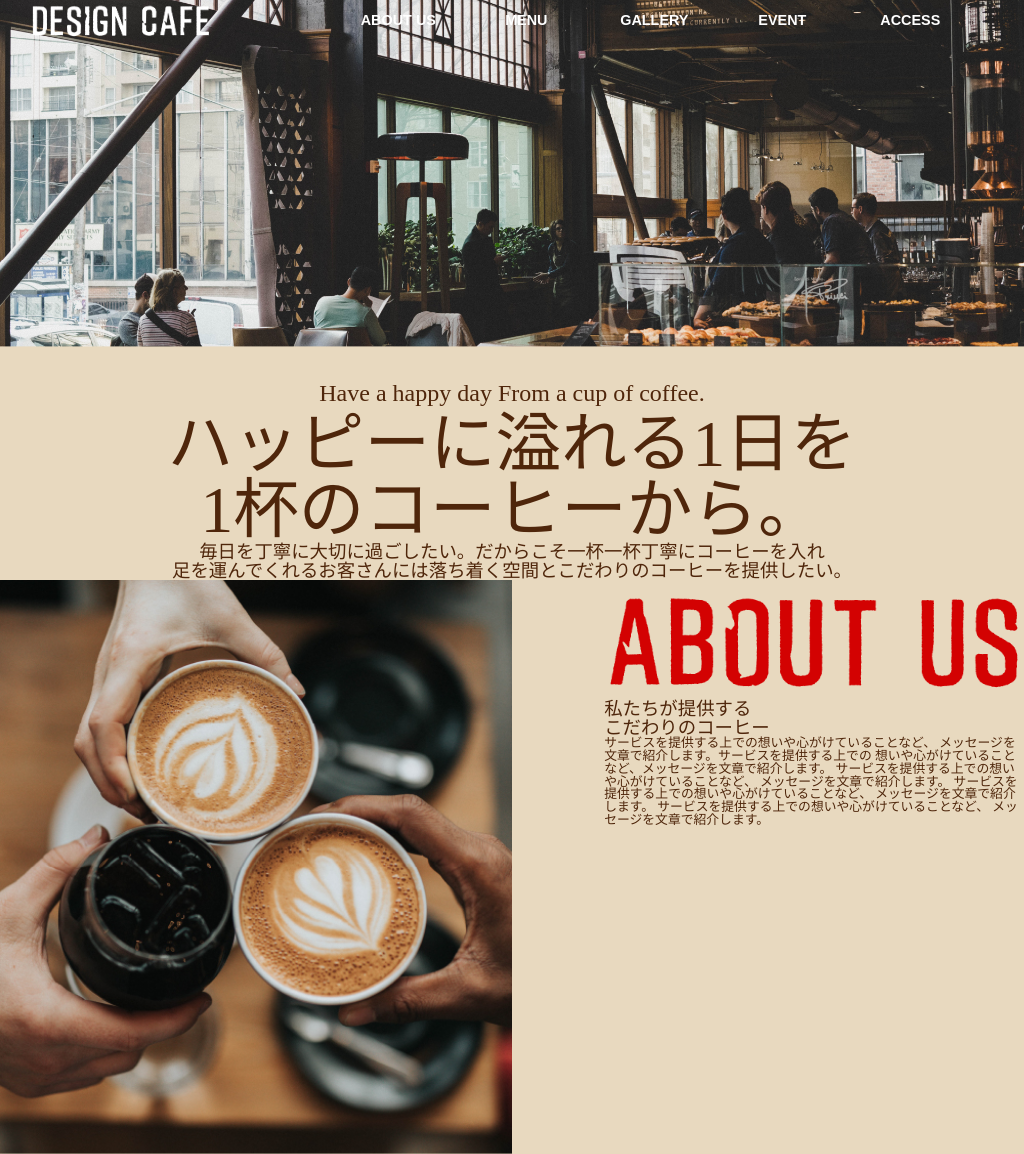
Repository: sonoyama01/dezasuta
Page: 第4回課題/index.html
These files come from the project's save history. The page is drawn as it stood at one moment and after the next save; the edit follows.
The browser window is 1280 px wide. The pictures show the whole page, at 80% of full size.

Above is the page before, as saved 2024-05-02 02:42:45.

### 第4回課題/index.html
<!DOCTYPE html>
<html lang="ja">

<head>
    <meta charset="UTF-8">
    <meta name="viewport" content="width=device-width, initial-scale=1.0">
    <title>Desing Cafe</title>
    <link rel="stylesheet" href="./css/style.css">
</head>

<body>
    <header>
        <div class="header_slide">
            <div>
                <img src="./images/pc_first-100.jpg" alt="店内の様子">
            </div>
        </div>
        <div class="header_wrap">
            <h1 class="header_logo">
                <img src="./images/design_cafe_logo_header@2x.png" alt="desind cafe">
            </h1>
            <nav class="pc_nav">
                <ul>
                    <li><a href="#about_us">ABOUT US</a></li>
                    <li><a href="#">MENU</a></li>
                    <li><a href="#">GALLERY</a></li>
                    <li><a href="#">EVENT</a></li>
                    <li><a href="#">ACCESS</a></li>
                </ul>
            </nav>
        </div>
    </header>
    <div class="catch_copy">
        <p class="catch_copy_ja"><span class="en">Have a happy day From a cup of coffee.</span><br>
            ハッピーに溢れる1日を<br>
            1杯のコーヒーから。</p><!-- /.catch_copy -->
        <p>毎日を丁寧に大切に過ごしたい。だからこそ一杯一杯丁寧にコーヒーを入れ<br>
            足を運んでくれるお客さんには落ち着く空間とこだわりのコーヒーを提供したい。</p>
    </div><!-- /.catch_copy -->

    <section id="about_us_fx">
        <div class="about_us">
            <div class="about_us_im"><img src="./images/pc_about-100.jpg" alt=""></div>
            <div class="about_us_text">
                <img src="./images/about_us@2x.png" alt="">
                <p class="abouot_us_concept">私たちが提供する<br>
                    こだわりのコーヒー</p><!-- /.abouot_us_concept -->
                <p class="about_us_texts">
                    サービスを提供する上での想いや心がけていることなど、
                    メッセージを文章で紹介します。サービスを提供する上での
                    想いや心がけていることなど、メッセージを文章で紹介します。
                    サービスを提供する上での想いや心がけていることなど、
                    メッセージを文章で紹介します。
                    サービスを提供する上での想いや心がけていることなど、
                    メッセージを文章で紹介します。
                    サービスを提供する上での想いや心がけていることなど、
                    メッセージを文章で紹介します。
                </p><!-- /.about_us_text -->
            </div>

        </div><!-- /.about_us -->
    </section><!-- /#about_us -->


</body>

</html>

### 第4回課題/css/style.css
@charset "utf-8";

/* cssリセット */

/*利用するタグによってこちらの内容は増やす*/

html,
body,
h1,
h2,
h3,
p,
dl,
dt,
dd,
ul,
li {
  margin: 0;
  padding: 0;
  line-height: 1;
  /*デフォルトの文字色、font-familyを予め当てておく*/
  color: #4f260b;
  font-family: "游明朝", YuMincho, "Hiragino Mincho ProN W3",
    "ヒラギノ明朝 ProN W3", "Hiragino Mincho ProN", "HG明朝E", "ＭＳ Ｐ明朝",
    "ＭＳ 明朝", serif;
}

a {
  /*下線を消す*/
  text-decoration: none;
  /*色を消す*/
  color: inherit;
  transition: 0.3s;
}

a:hover {
  opacity: 0.5;
}

ul {
  /*左の「・」を消す*/
  list-style: none;
}

img {
  max-width: 100%;
  width: 100%;
  height: auto;
  vertical-align: bottom;
  border: none;
}

body {
  background-color: #e8d9bf;
  font-size: 23px;
}

/* ヘッダー */
.pc_nav ul {
  display: flex;
  gap: 55px;
}

.pc_nav ul li {
  width: 105px;
  text-align: center;
  color: #ffffff;
  font-weight: bold;
  font-size: 18px;
  font-family: "Hiragino Sans W3", "Hiragino Kaku Gothic ProN",
    "ヒラギノ角ゴ ProN W3", "メイリオ", Meiryo, "ＭＳ Ｐゴシック", "MS PGothic",
    sans-serif;
}

.header_logo {
  width: 226px;
}

.header_wrap {
  display: flex;
  justify-content: space-between;
  align-items: center;
  padding: 0 7% 0 3%;
  position: absolute;
  top: 0;
  left: 0;
  width: 100%;
  box-sizing: border-box;
}

/* ============================
* キャッチコピー
* ========================= */
.catch_copy {
  text-align: center;
}
.en {
  font-size: 30px;
}
.catch_copy_ja {
  font-size: 82px;
}

/* ============================
* ABOUT US
* ========================= */
.about_us {
  display: flex;
  justify-content: space-between;
}
.about_us_im {
  width: 50%;
}
.about_us_concept {
  font-size: 44px;
}
.about_us_text {
  width: 41%;
}
.about_us_texts {
  font-size: 16px;
}

After the next save:
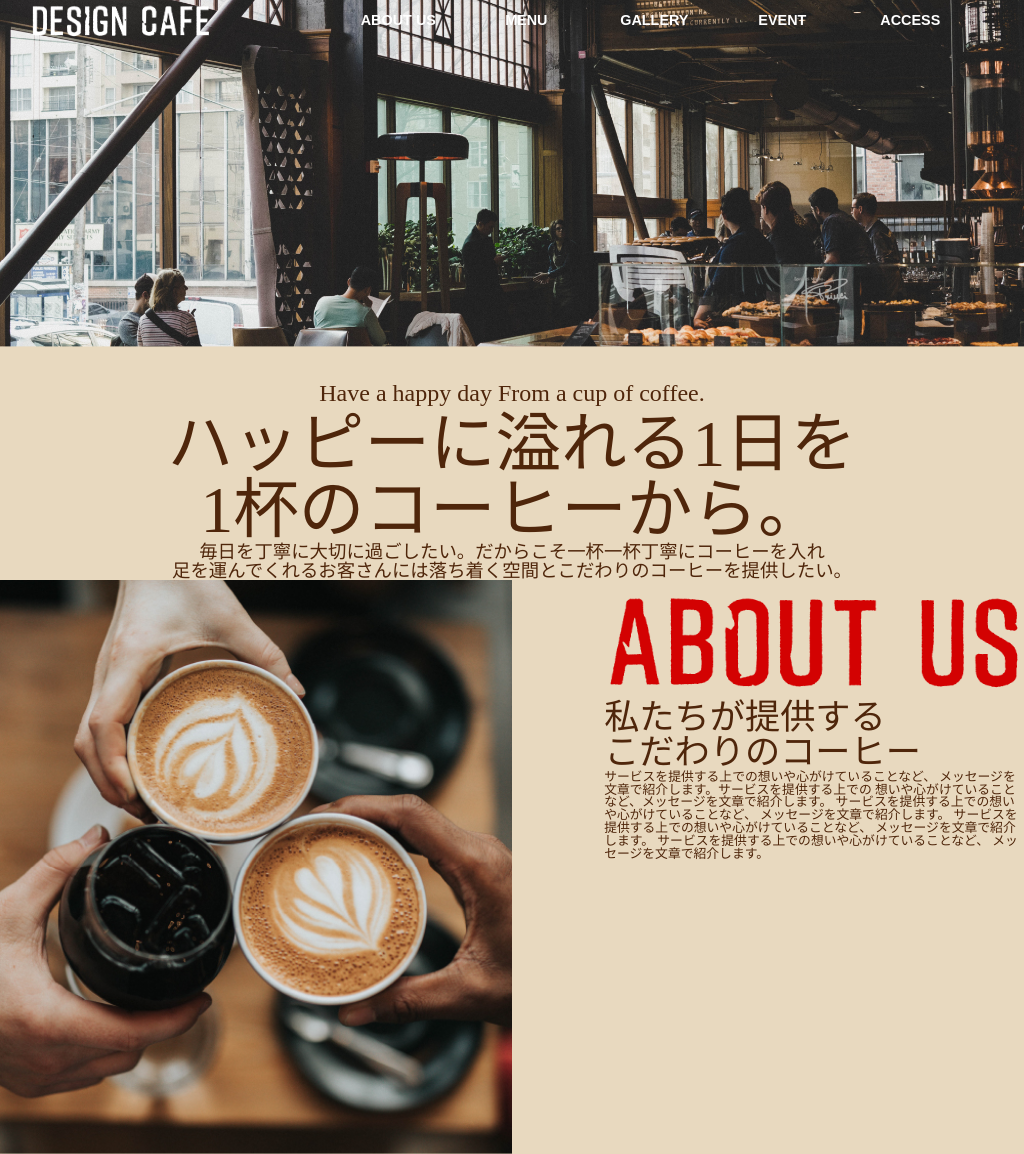
Saved 2 min 50 s later.
--- a/第4回課題/css/style.css
+++ b/第4回課題/css/style.css
@@ -111,7 +111,7 @@ body {
 .about_us_im {
   width: 50%;
 }
-.about_us_concept {
+.abouot_us_concept {
   font-size: 44px;
 }
 .about_us_text {
